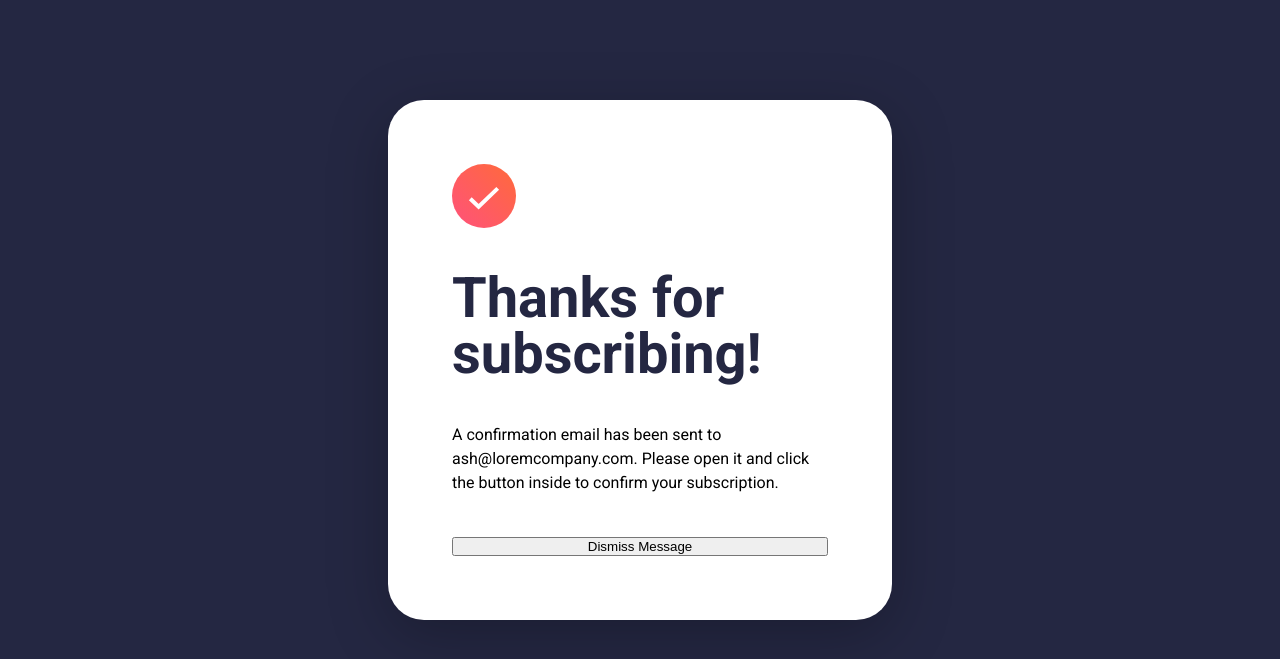
Repository: brandontaylor1/newsletter-signup
Page: success.html
An editor plug-in stored every save of this project. The page is shown before and after the next save, followed by the edit.
The browser window is 1280 px wide. The pictures show the whole page.

Above is the page before, as saved 2025-01-19 22:38:35.

After the next save:
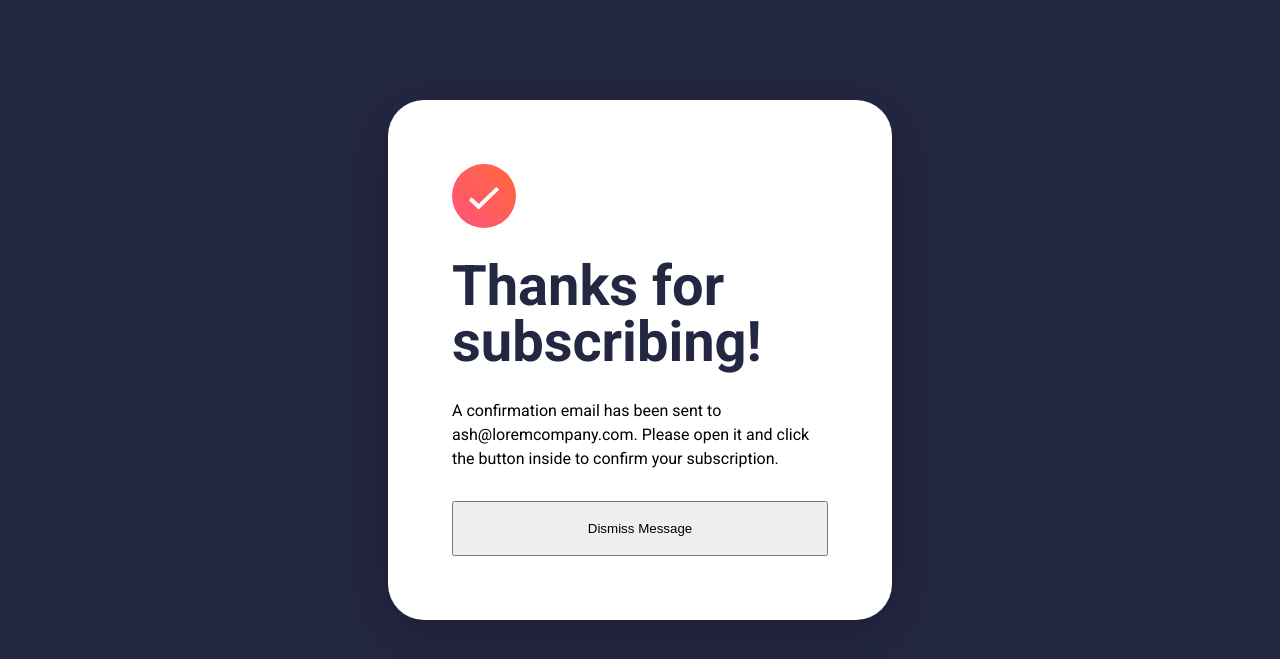
Saved 68 s later.
--- a/success.css
+++ b/success.css
@@ -63,4 +63,6 @@
 
 button {
     width: 100%;
+    padding: 18px 0;
+    text-align: center;
 }
